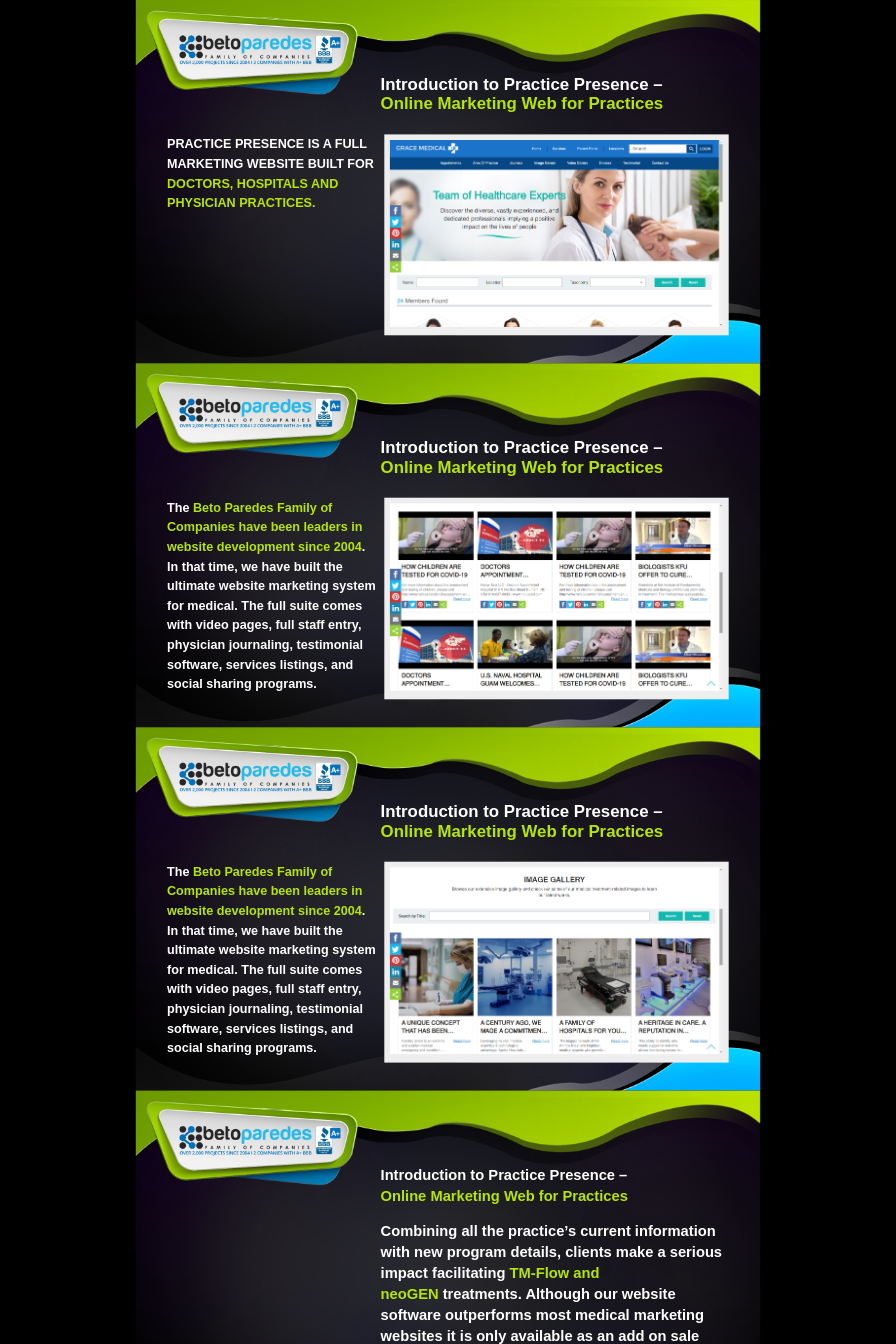
Repository: koushikbiswas/Beto_Paredes_Family_Opportunities_Intro_Deck
Page: slide29.html
The author's editor kept a copy of each file at every save. The page is drawn from the files as they stood at one save, then again after the next save.
The browser window is 1280 px wide. The pictures show the part of the page from y = 0 to 1920 px (the page is 2594 px tall), at 70% of full size.

Above is the page before, as saved 2021-12-21 18:09:01.

After the next save:
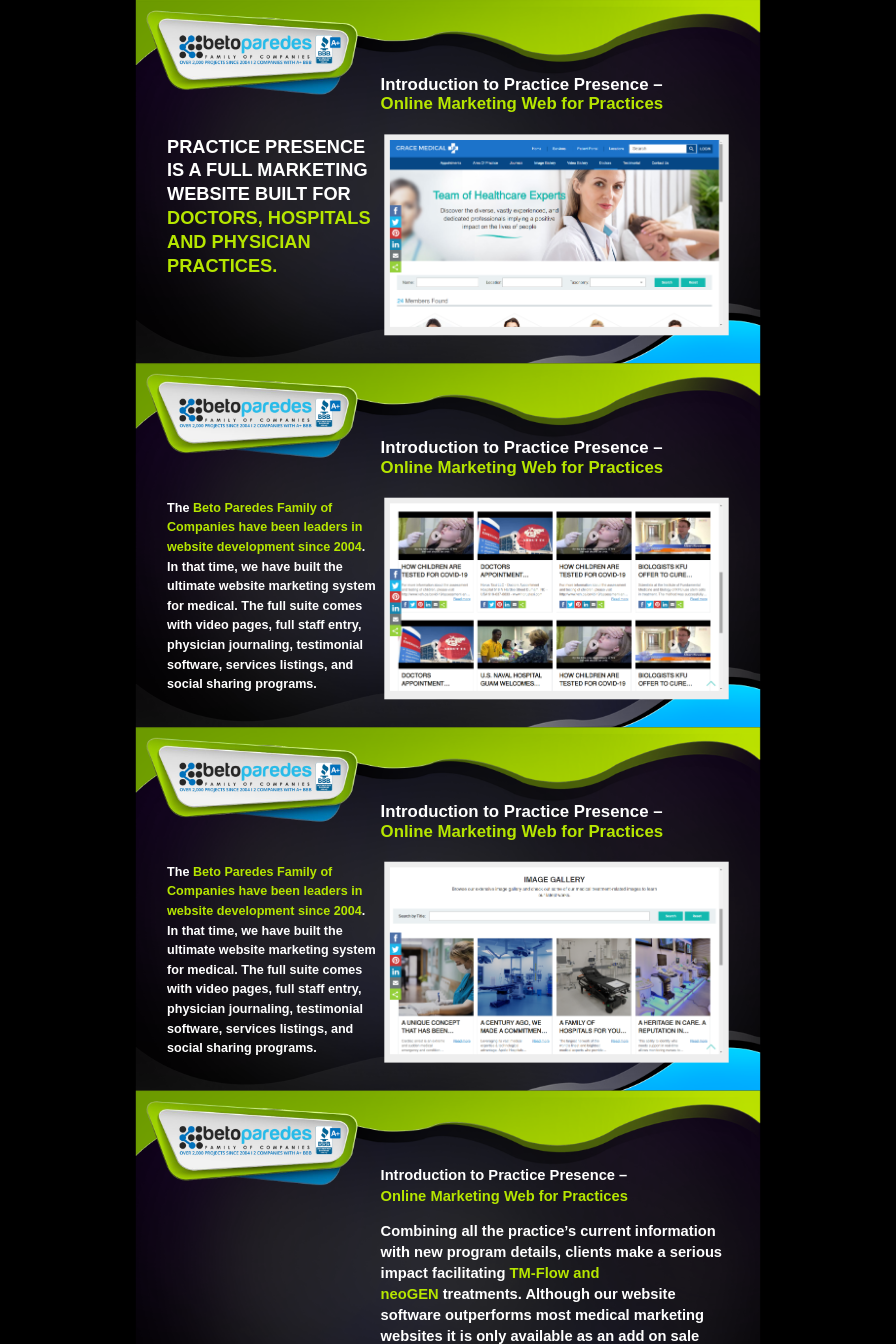
Saved 74 s later.
--- a/assets/css/slide.css
+++ b/assets/css/slide.css
@@ -34,7 +34,7 @@
 .slide25 .pdfmaincontent p span{color:#b6e600;}
 .slide25 .pdfmaincontent .pdfmaincontentinnerbottom{margin-top: 30px;display: flex;align-items: flex-start;justify-content: space-between;}
 .slide25 .pdfmaincontentinnerbottominner{width: 45%;}
-.slide25 .pdfmaincontentinnerbottominner p{padding-left: 0 !important;margin-top: 0 !important;font-size: 18px !important;}
+.slide25 .pdfmaincontentinnerbottominner p{padding-left: 0 !important;margin-top: 0 !important;font-size: 26px !important;line-height: 34px;}
 .slide25 .pdfmaincontentinnerbottom .pdfmainimgwrapper{background-color: #eeeeeeff;padding: 8px;width: 69%;}
 .slide25 .pdfmaincontentinnerbottom .pdfmainimgwrapper img{width:100%}
 /*-----------END SLIDE 25 CSS-----------*/
